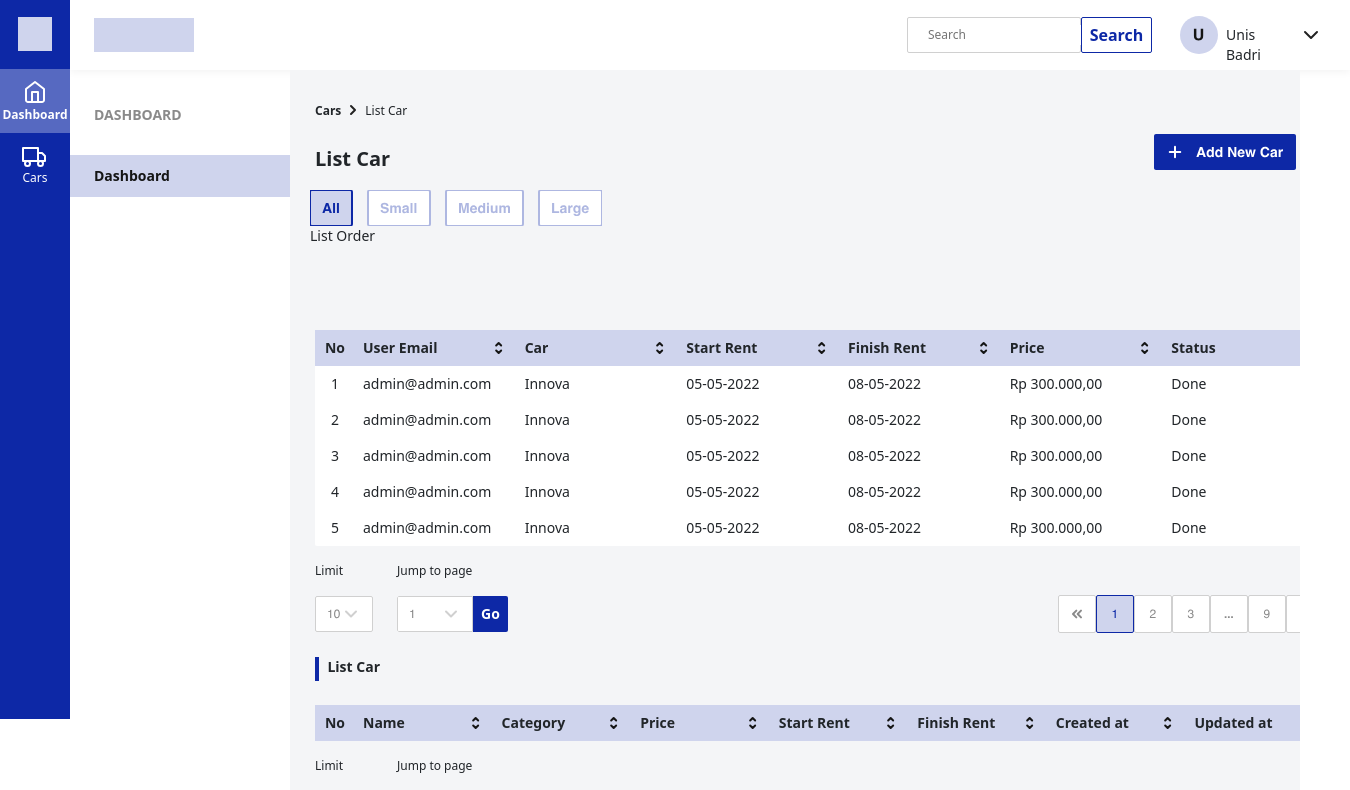
Repository: farrelmuhammad/challenge-7-binar
Page: /carlist
An editor plug-in stored every save of this project. The page is shown before and after the next save, followed by the edit.
The browser window is 1280 px wide. The page is 1350 px wide, so the pictures cover 1350 px, including what lies to the right of the window. The pictures show the whole page.
The project was rebuilt for these pictures with package versions that can differ from the ones it lists, and the page was loaded fresh each time. Also part of the build but not shown: src/component/navbar.js, src/component/header.js, src/component/footer.js, src/App.js, src/component/admin/Dashboard/index.jsx, src/pages/admin/Dashboard.js, src/component/searchForm.js, src/pages/cars.js.

Above is the page before, as saved 2022-05-27 19:33:02.

After the next save:
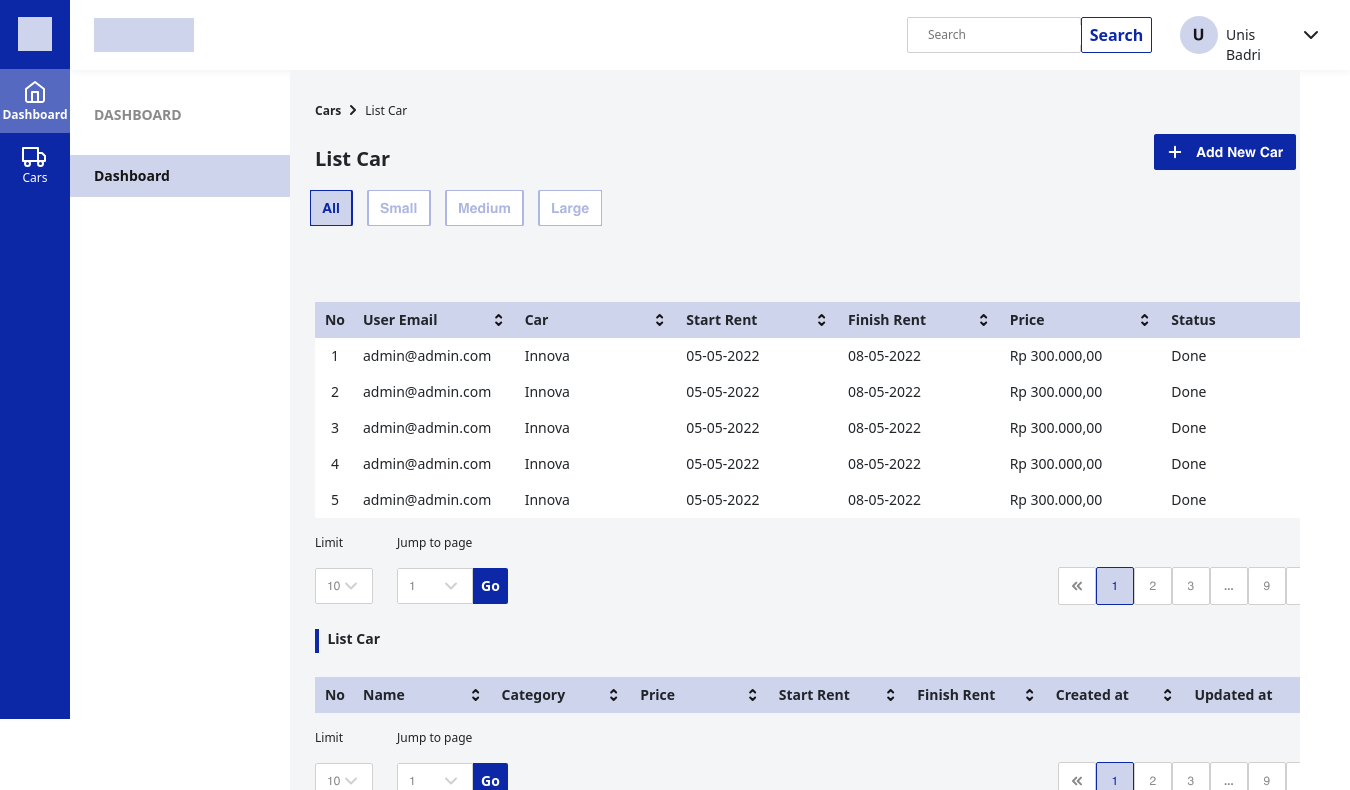
Saved 12 s later.
--- a/src/component/admin/Cars/index.jsx
+++ b/src/component/admin/Cars/index.jsx
@@ -69,7 +69,6 @@ const CarsListContent= () => {
         </div>
         <div className="breadcumb ms-3 p-1">
           <img src="img/breadcumb carlist.svg" alt="" />
-          <h1>List Order</h1>
         </div>
 
         {/* order table */}
